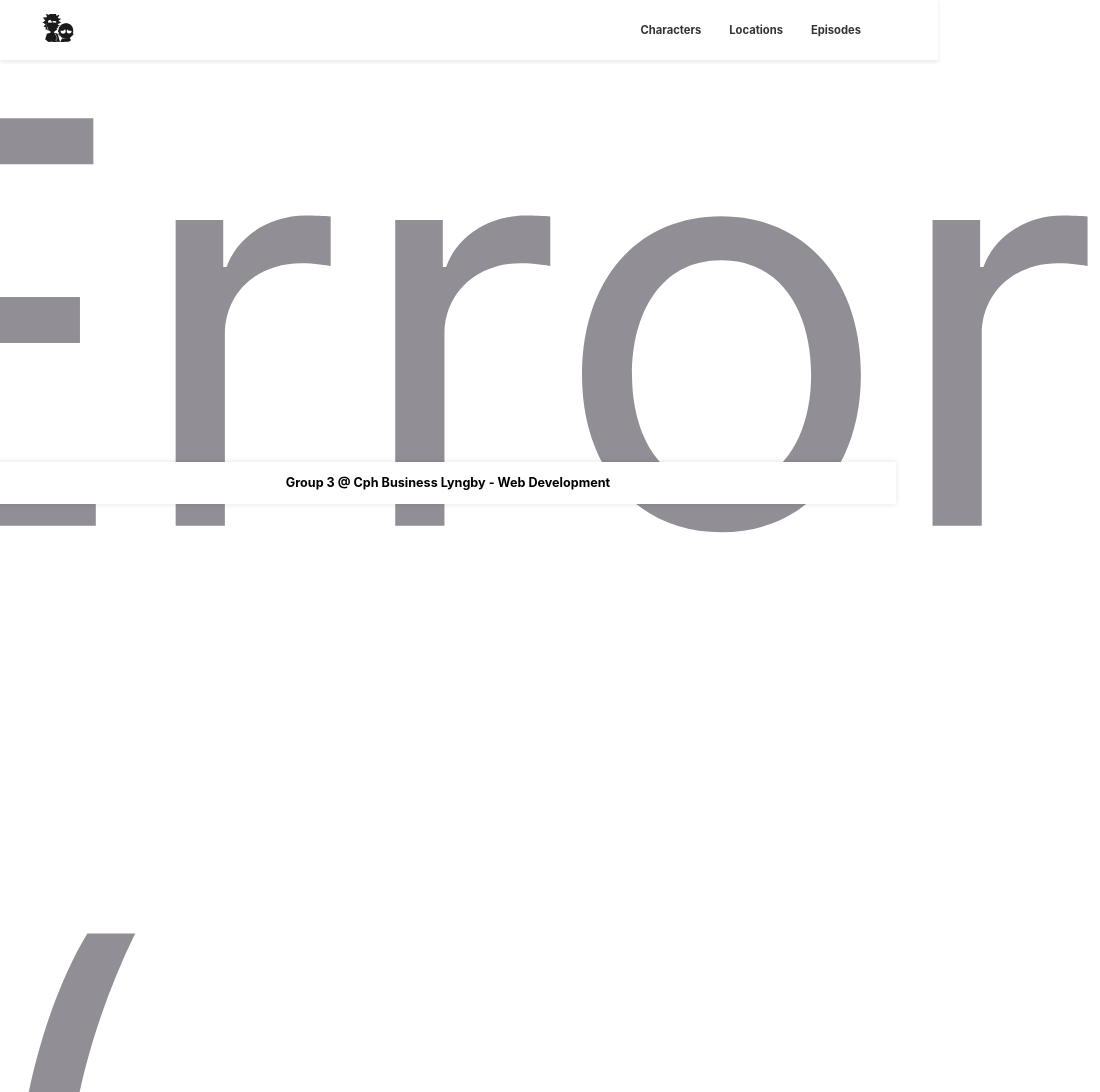
Repository: Inigo-Zuriaga/Rick_and_Morty_API
Page: /MainPage
The author's editor kept a copy of each file at every save. The page is drawn from the files as they stood at one save, then again after the next save.
The browser window is 1280 px wide. The page is 1572 px wide, then 1280 px, so the pictures cover 1572 px, including what lies to the right of the window. The pictures show the part of the page from y = 0 to 1560 px (the page is 3060 px tall before and 1278 px after), at 70% of full size.
The page's requests for data from a server got no answer. The project was rebuilt for these pictures with package versions that can differ from the ones it lists, and the page was loaded fresh each time. No one was signed in, and anything a server would have sent is missing. Also part of the build but not shown: vite.config.ts, src/components/library/visual/CardStyle.css, src/components/library/visual/Card.tsx, src/components/newComponents/Characters.css, src/components/newComponents/Locations-cards.css, src/components/newComponents/Locations-cards.tsx, src/subpages/Locations/Locations.tsx, src/components/newComponents/Episodes-cards.css and 5 more.

Above is the page before, as saved 2023-03-02 08:43:56.

### index.html
<!DOCTYPE html>
<html lang="en">
  <head>
    <meta charset="UTF-8" />
    <link rel="icon" type="image/svg+xml" href="/vite.svg" />
    <meta name="viewport" content="width=device-width, initial-scale=1.0" />
    <title>Rick n Morty - Group 3</title>
  </head>
  <body>
    <div id="root"></div>
    <script type="module" src="/src/main.tsx"></script>
  </body>
</html>

### src/App.tsx
import React from "react";
import { ApolloClient, InMemoryCache, ApolloProvider } from "@apollo/client";
import { NavBar } from "./components/library/visual/NavBar";
import ricknmortypng from "./assets/ricknmorty_biglogo.png";
import MainPage from "./subpages/MainPage/MainPage";
import Footer from "./components/library/visual/Footer";
import { Route, Routes } from "react-router-dom";
import Locations from "./subpages/Locations/Locations";
import Episodes from "./subpages/Episodes/Episodes";
import CharacterDetails from "./components/newComponents/CharacterDetails";
import IconButton from "./components/library/buttons/IconButton";

const client = new ApolloClient({
  uri: "https://rickandmortyapi.com/graphql",
  cache: new InMemoryCache(),
});

const App = () => {
  return (
    <ApolloProvider client={client}>
      <>
        <NavBar title1={"Characters"} title2={"Locations"} title3={"Episodes"} />
        <Routes>
        <Route path="/" element={<MainPage />} />
        <Route path="/MainPage" element={<MainPage/>} />
        <Route path="/Locations" element={<Locations/>} />
        <Route path="/Episodes" element={<Episodes/>} />
        <Route path="/characters/:id" element={<CharacterDetails />} />
        </Routes>

        <Footer title={"Group 3 @ Cph Business Lyngby - Web Development"} />
      </>
    </ApolloProvider>
  );
};

export default App;

### src/components/library/visual/NavBar.tsx
import React from 'react';
import { NavLink } from "react-router-dom";
import "./NavBar.css";
import logo from "../../../assets/ricknmorty_logo.png";

interface NavBarProps {
  title1: string;
  title2: string;
  title3: string;
}

export const NavBar = ({title1, title2, title3 }: NavBarProps) => (
  <header>
    <div className="wrapper">
      <div className='logo'>
        <NavLink to="/MainPage">
          <img src={logo} alt="logo" />
        </NavLink>
      </div>
      <div className='titles'>
        <NavLink to="/MainPage">{title1}</NavLink>
        <NavLink to="/Locations">{title2}</NavLink>
        <NavLink to="/Episodes">{title3}</NavLink>
      </div>
      <div></div>
    </div>
  </header>
);

### src/subpages/MainPage/MainPage.tsx
import { ApolloClient, ApolloProvider, InMemoryCache } from "@apollo/client";
import Characters from "../../components/newComponents/Characters";
import ricknmortypng from "../../assets/ricknmorty_biglogo.png";

const MainPage = () => {
  const client = new ApolloClient({
    uri: "https://rickandmortyapi.com/graphql",
    cache: new InMemoryCache(),
  });

  return (
    <section className="MainPage-section" style={{zoom: 50}}>

      <ApolloProvider client={client}>
        <Characters />

      </ApolloProvider>
    </section>
  );
};

export default MainPage;

/*            <img src="./src/assets/ricknmorty_biglogo.png" alt="biglogo" style={{ width: "600px", height: "200px" }}/>
            <Card title={"Rick"} subtitle={"awesome"}/>
            <Avatar />
            <Avatar isDead={true}/>*/

### src/components/library/visual/Footer.tsx
import "./Footer.css";

interface FooterProps {
    title: string;
  }

export default function Footer({
    title
  }: FooterProps) {

    return (
    <div className="Footer">
        <h3>{title}</h3>
    </div>
  );
};

### src/components/library/visual/NavBar.css
.wrapper {
  position: fixed;
  left: 0;
  top: 0;
  width: 100%;
  display: flex;
  justify-content: space-between;
  align-items: center;
  margin-bottom: 60px;
  padding: 10px 30px;
  background-color: #fff;
  box-shadow: 0 2px 5px rgba(0, 0, 0, 0.1);
  z-index: 2;
}

body {
  padding-top: 700px;
  display: flex;
  justify-content: center;
  align-items: center;
  height: 100vh;
}

.logo {
  display: flex;
  align-items: center;
  margin-right: auto;
}

.logo img {
  height: 40px;
  margin-right: 10px;
}

.titles {
  display: flex;
  align-items: center;
  margin-right: 70px;
}

div > a {
  color: #333;
  text-decoration: none;
  font-size: 16px;
  font-weight: bold;
  padding: 10px;
  margin-left: 20px;
  border-radius: 5px;
}

div > a:hover {
  background-color: #f2f2f2;
}

### src/components/newComponents/Characters.tsx
import React, { useState } from "react";
import { useQuery, gql } from "@apollo/client";
import Card from "../library/visual/Card";
import "./Characters.css";
import { Link } from "react-router-dom";
type Character = {
  id: string;
  name: string;
  image: string;
};

type CharactersData = {
  characters: {
    info: {
      count: number;
    };
    results: Character[];
  };
};

type CharactersProps = {
  initialPage?: number;
  pageSize?: number;
};

const CHARACTERS_QUERY = gql`
  query GetCharacters($page: Int!) {
    characters(page: $page) {
      info {
        count
      }
      results {
        id
        species
        name
        image
      }
    }
  }
`;

const Characters = ({ initialPage = 1, pageSize = 8 }: CharactersProps) => {
  const [page, setPage] = useState(initialPage);
  const { loading, error, data } = useQuery<CharactersData>(CHARACTERS_QUERY, {
    variables: { page: page, pageSize: pageSize },
  });

  if (loading) return <p>Loading...</p>;
  if (error) return <p>Error :(</p>;

  const characters = data?.characters?.results || [];

  const handleShowMore = () => {
    setPage(page + 1);
    console.log(page);
  };

  return (
    <>
      <div className="cardsContainer">
      {characters.map((character) => (
       <Link to={`/characters/${character.id}`} key={character.id}>
         <Card
          title={character.name}
          subtitle={character.species + " id: " + character.id}
          image={character.image}
        />
      </Link>
      ))}
      </div>
      {characters.length > pageSize && (
        <div className="showMoreButtonContainer">
          <button onClick={handleShowMore}>Load more</button>
        </div>
      )}
    </>
  );
};

export default Characters;

### src/components/library/visual/Footer.css
.Footer {
    position: fixed;
    width: 100%;
    height: 60px;
    bottom: 0;
    left: 0;
    background: #FFFFFF;
    box-shadow: -2px 0px 8px 2px rgba(0, 0, 0, 0.1);
    }

    .Footer h3 {
    font-family: 'Inter';
    font-style: normal;
    font-weight: 700;
    font-size: 18px;
    line-height: 21px;
    text-align: center;
    color: #000000;
    }

### src/components/library/visual/List.module.css
.default {
    text-align: left;
    font-family: 'Roboto';
    font-style: normal;
    font-weight: 400;
    font-size: 14px;
    line-height: 20px;
    letter-spacing: 0.25px;
  }

  ul {
    list-style-type: none;
    margin-bottom: 3em;
  }

  li {
    border-bottom: 1px solid rgba(135, 253, 110, 0.5);
    margin-bottom: 10px;
  }

  label {
    font-weight: bold;
    color: #49454F;
  }

  p {
    color: rgba(73, 69, 79, 0.6);
  }

### src/subpages/MainPage/MainPage.css
html{
    zoom: 90%;
}

Loaded but not shown: src/main.tsx (common file); src/index.css (common file)

After the next save:
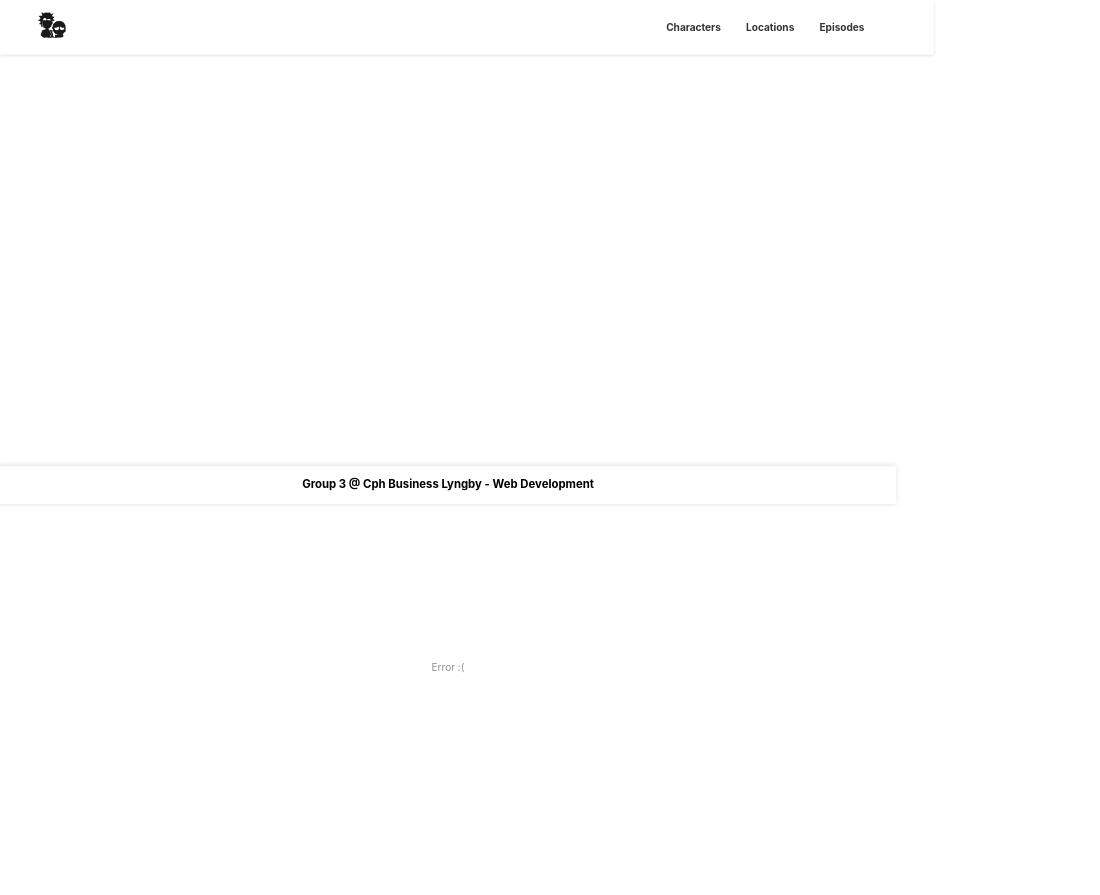
Saved 22 s later.
--- a/src/subpages/MainPage/MainPage.tsx
+++ b/src/subpages/MainPage/MainPage.tsx
@@ -1,7 +1,7 @@
 import { ApolloClient, ApolloProvider, InMemoryCache } from "@apollo/client";
 import Characters from "../../components/newComponents/Characters";
 import ricknmortypng from "../../assets/ricknmorty_biglogo.png";
-
+import "./MainPage.css"
 const MainPage = () => {
   const client = new ApolloClient({
     uri: "https://rickandmortyapi.com/graphql",
@@ -9,7 +9,7 @@
   });
 
   return (
-    <section className="MainPage-section" style={{zoom: 50}}>
+    <section className="MainPage-section">
 
       <ApolloProvider client={client}>
         <Characters />
